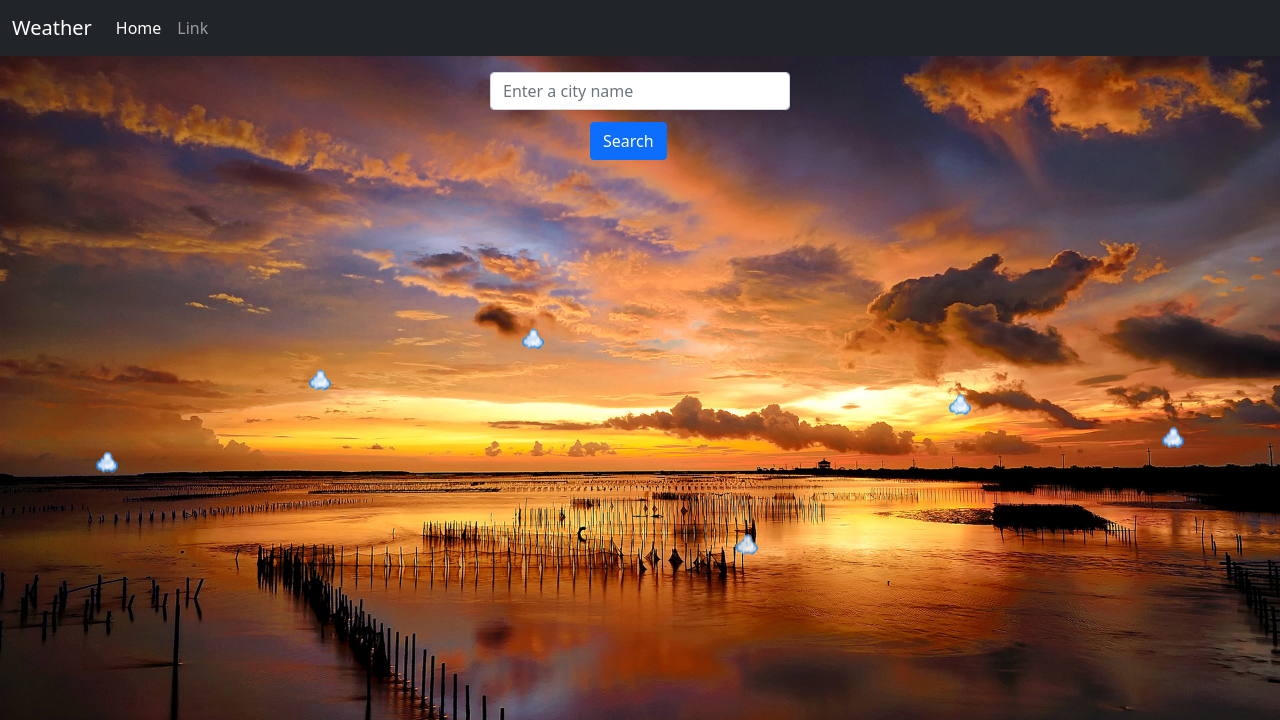
Repository: rohitbharti258/Project_Weather_finder
Page: index.html
The author's editor kept a copy of each file at every save. The page is drawn from the files as they stood at one save, then again after the next save.
The browser window is 1280 px wide. The pictures show the whole page.

Above is the page before, as saved 2022-02-28 13:24:23.

After the next save:
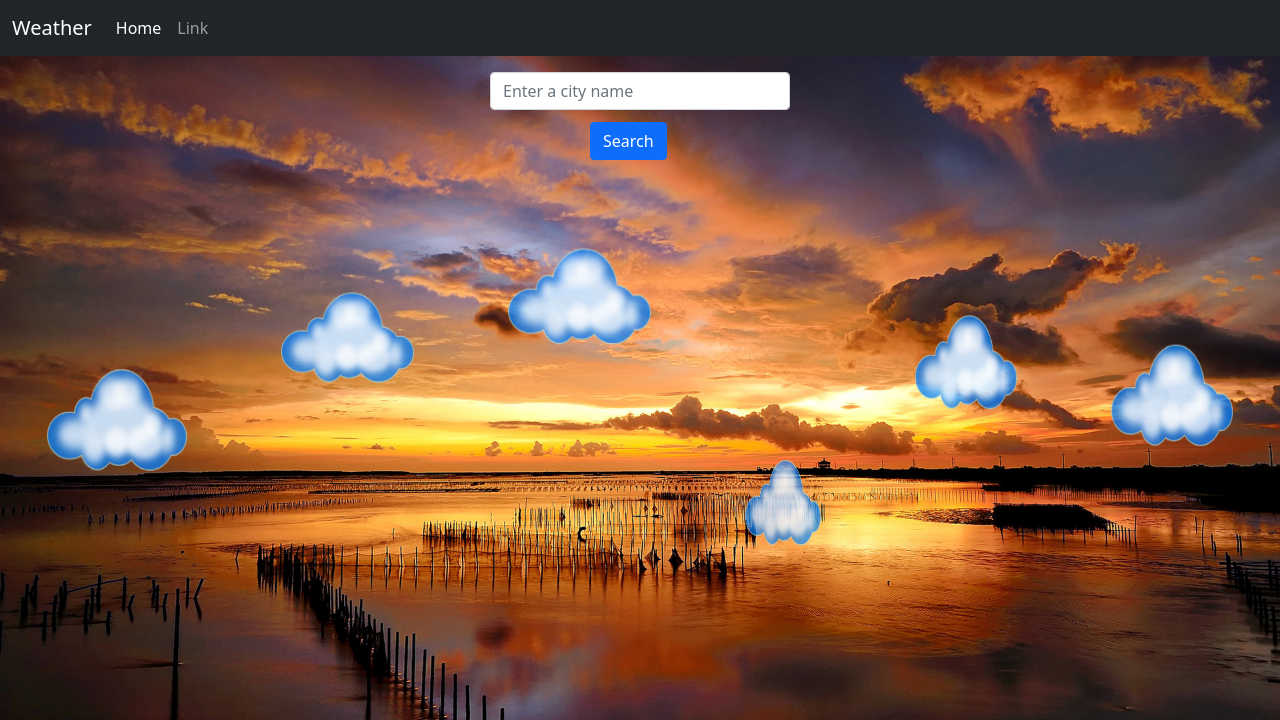
Saved 26 s later.
--- a/index.html
+++ b/index.html
@@ -33,12 +33,12 @@
         </div>
     </nav>
     <div class="cloud">
-        <img clas="animae" src="./cloud.png" alt="" srcset="">
-        <img clas="animae" src="./cloud.png" alt="" srcset="">
-        <img clas="animae" src="./cloud.png" alt="" srcset="">
-        <img clas="animae" src="./cloud.png" alt="" srcset="">
-        <img clas="animae" src="./cloud.png" alt="" srcset="">
-        <img clas="animae" src="./cloud.png" alt="" srcset="">
+        <img class="animae" src="./cloud.png" alt="" srcset="">
+        <img class="animae" src="./cloud.png" alt="" srcset="">
+        <img class="animae" src="./cloud.png" alt="" srcset="">
+        <img class="animae" src="./cloud.png" alt="" srcset="">
+        <img class="animae" src="./cloud.png" alt="" srcset="">
+        <img class="animae" src="./cloud.png" alt="" srcset="">
     </div>
     <div class="container my-3">
         <div class="form">
